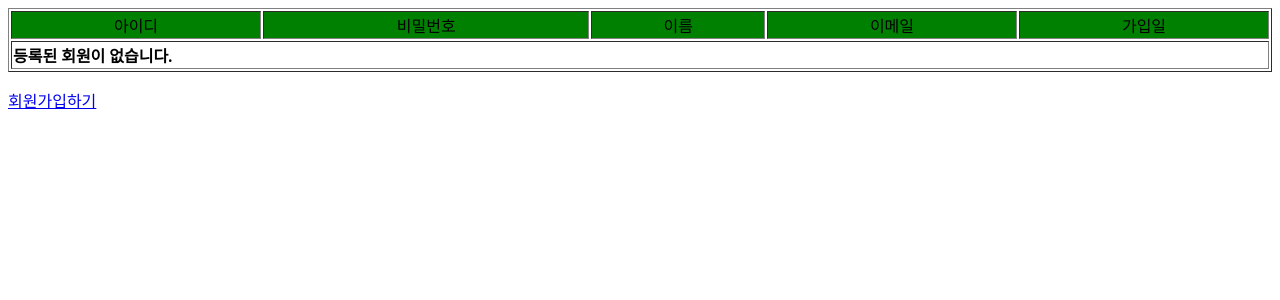
Repository: sseunghyunni/Spring
Page: http://localhost/pro17/mem.do
An editor plug-in stored every save of this project. The page is shown before and after the next save, followed by the edit.
The browser window is 1280 px wide. The pictures show the whole page.
The page is served by Tomcat 9. Queries for data that is not in the repository find no rows.

Above is the page before, as saved 2022-08-05 03:51:55.

After the next save:
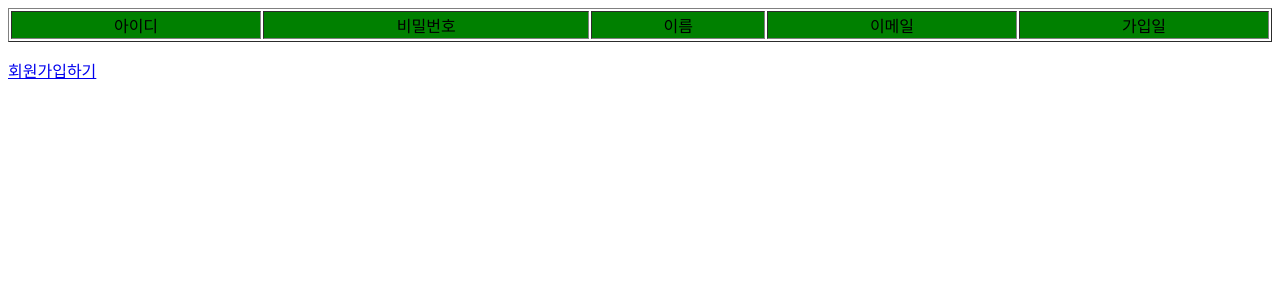
Saved 4 min 14 s later.
--- a/pro17/src/main/webapp/listMembers.jsp
+++ b/pro17/src/main/webapp/listMembers.jsp
@@ -22,7 +22,7 @@
 		<td>${'가입일' }</td>
 	</tr>
 	<c:choose>
-	<c:when test="${memberList==null }">
+	<c:when test="${membersList==null }">
 	<tr>
 	<td colspan=5>
 	<b>등록된 회원이 없습니다.</b>
